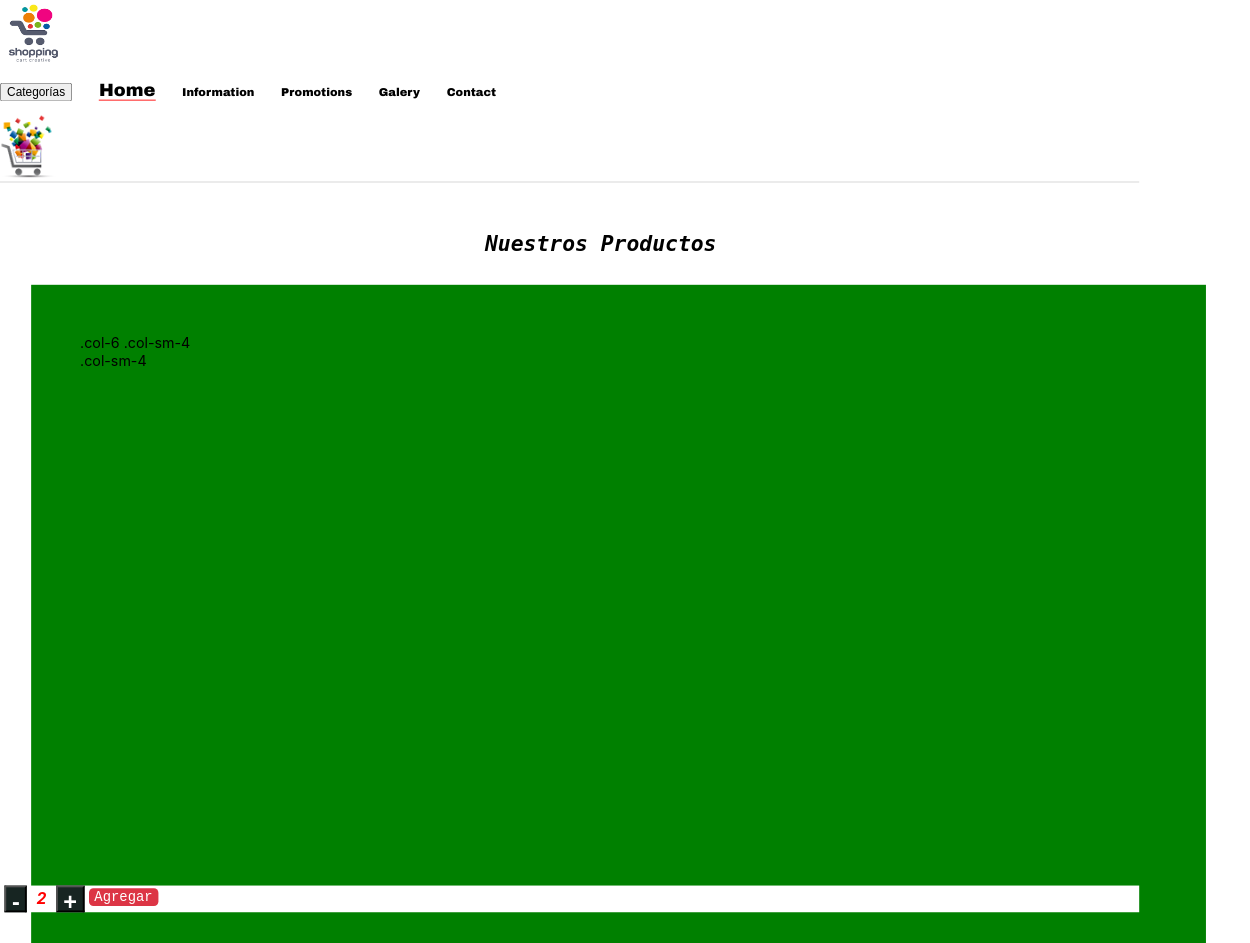
Repository: gustavomanuelquintana/CoderRepository
Page: / (app in cards-commers/)
The author's editor kept a copy of each file at every save. The page is drawn from the files as they stood at one save, then again after the next save.
The browser window is 1280 px wide. The page is 1405 px wide, so the pictures cover 1405 px, including what lies to the right of the window. The pictures show the whole page, at 89% of full size.
The project was rebuilt for these pictures with package versions that can differ from the ones it lists, and the page was loaded fresh each time. Also part of the build but not shown: cards-commers/src/Components/ItemListContainer/Item/Item.css.

Above is the page before, as saved 2020-10-31 14:44:23.

After the next save:
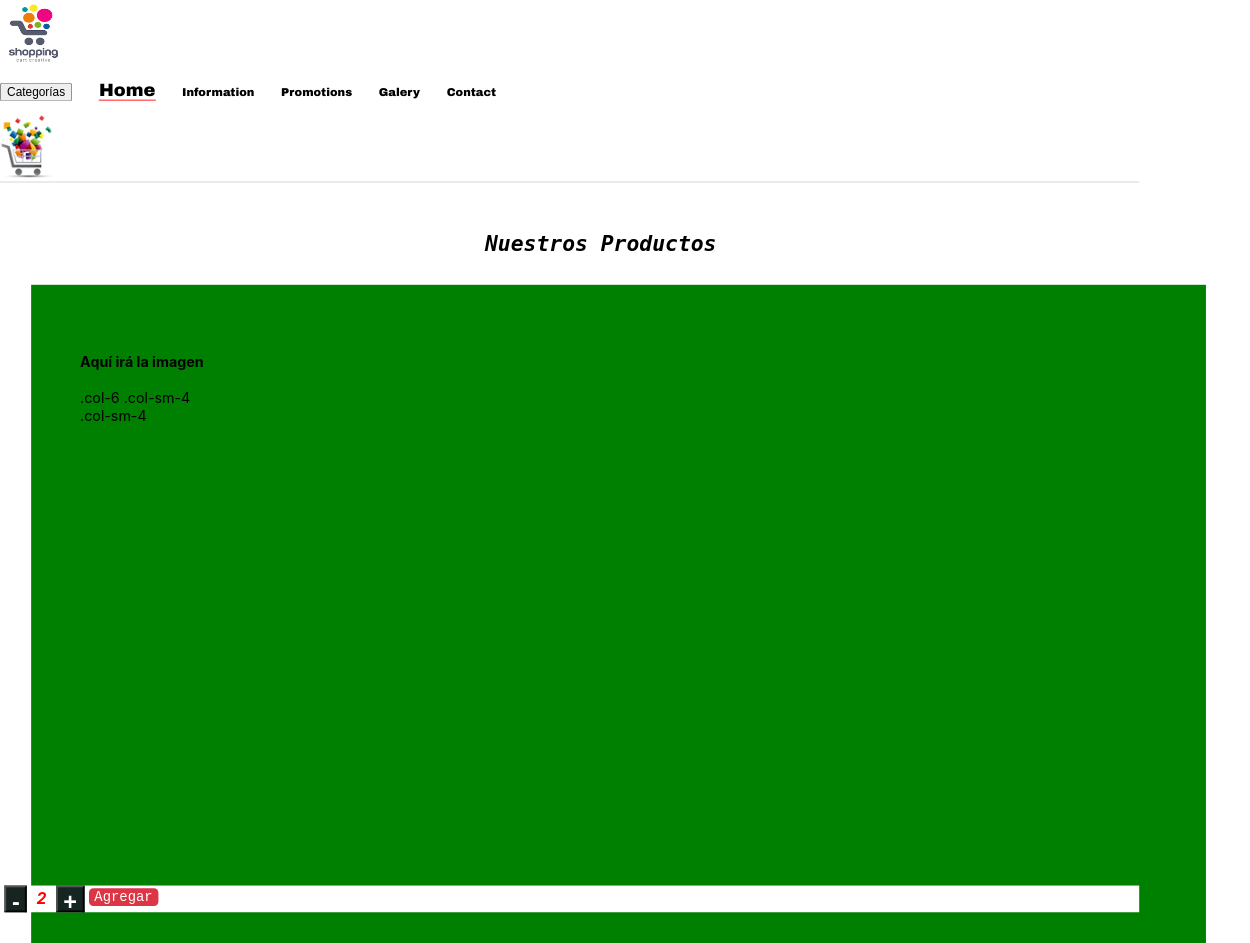
Saved 12 s later.
--- a/cards-commers/src/Components/ItemListContainer/Item/Item.js
+++ b/cards-commers/src/Components/ItemListContainer/Item/Item.js
@@ -9,7 +9,9 @@ function Item({listProducts}){
     return <Container>
     <Row>
       <Col xs="6" sm="4">
-          <div className="containerImage"></div>
+          <div className="containerImage">
+              <h4>Aquí irá la imagen</h4>
+          </div>
       </Col>
       <Col xs="6" sm="4">.col-6 .col-sm-4</Col>
       <Col sm="4">.col-sm-4</Col>
